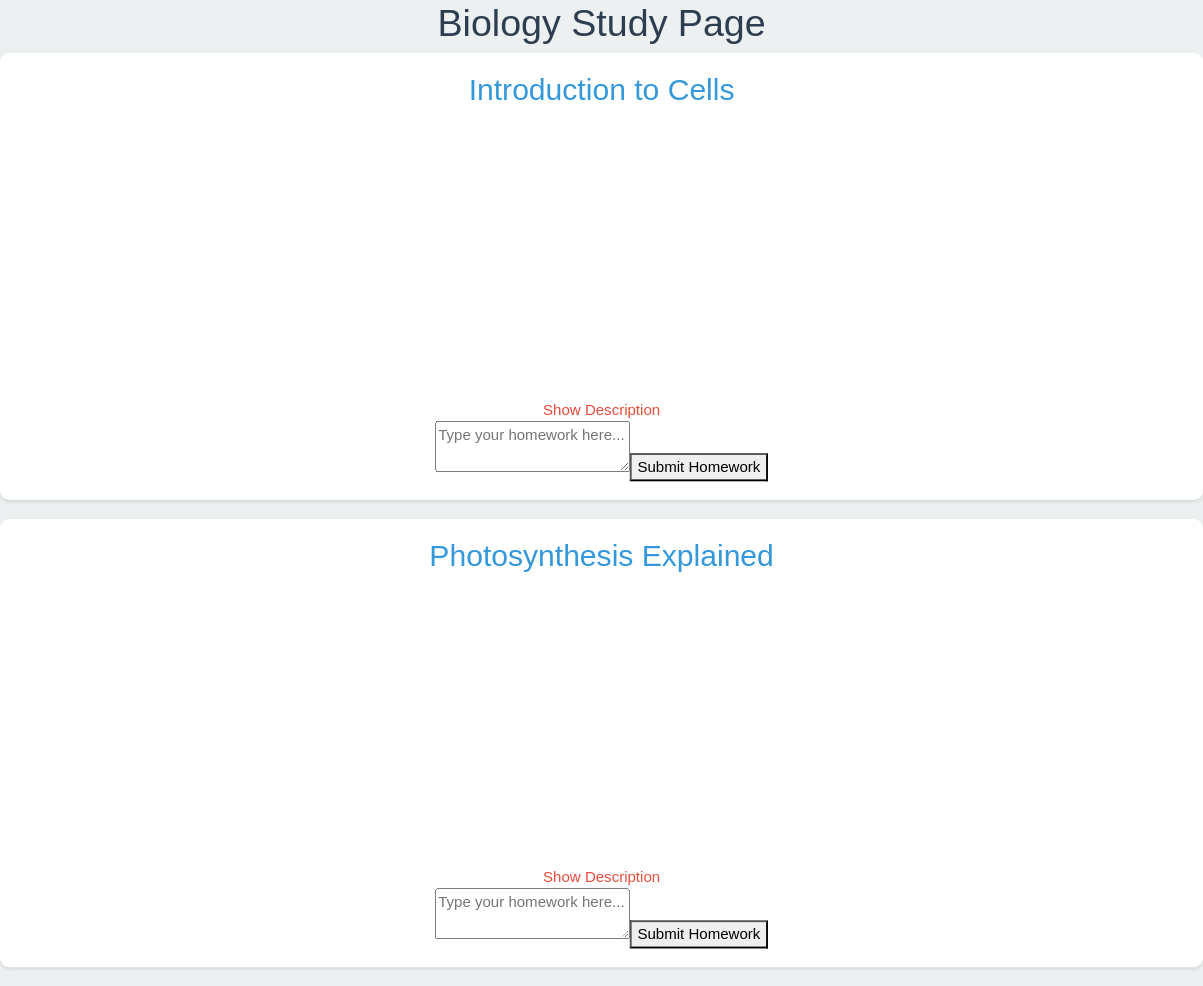
Repository: krmvz/BEMath.kg
Page: /bio
The author's editor kept a copy of each file at every save. The page is drawn from the files as they stood at one save, then again after the next save.
The browser window is 1280 px wide. The pictures show the whole page, at 94% of full size.
The project was rebuilt for these pictures with package versions that can differ from the ones it lists, and the page was loaded fresh each time. Also part of the build but not shown: src/firebase.js, src/components/auth/sign.scss, src/components/auth/SignIn.jsx, src/components/auth/SignUp.jsx, src/components/AuthDetails.jsx, src/components/dashboard/Dashboard.jsx.

Above is the page before, as saved 2023-12-18 21:24:26.

After the next save:
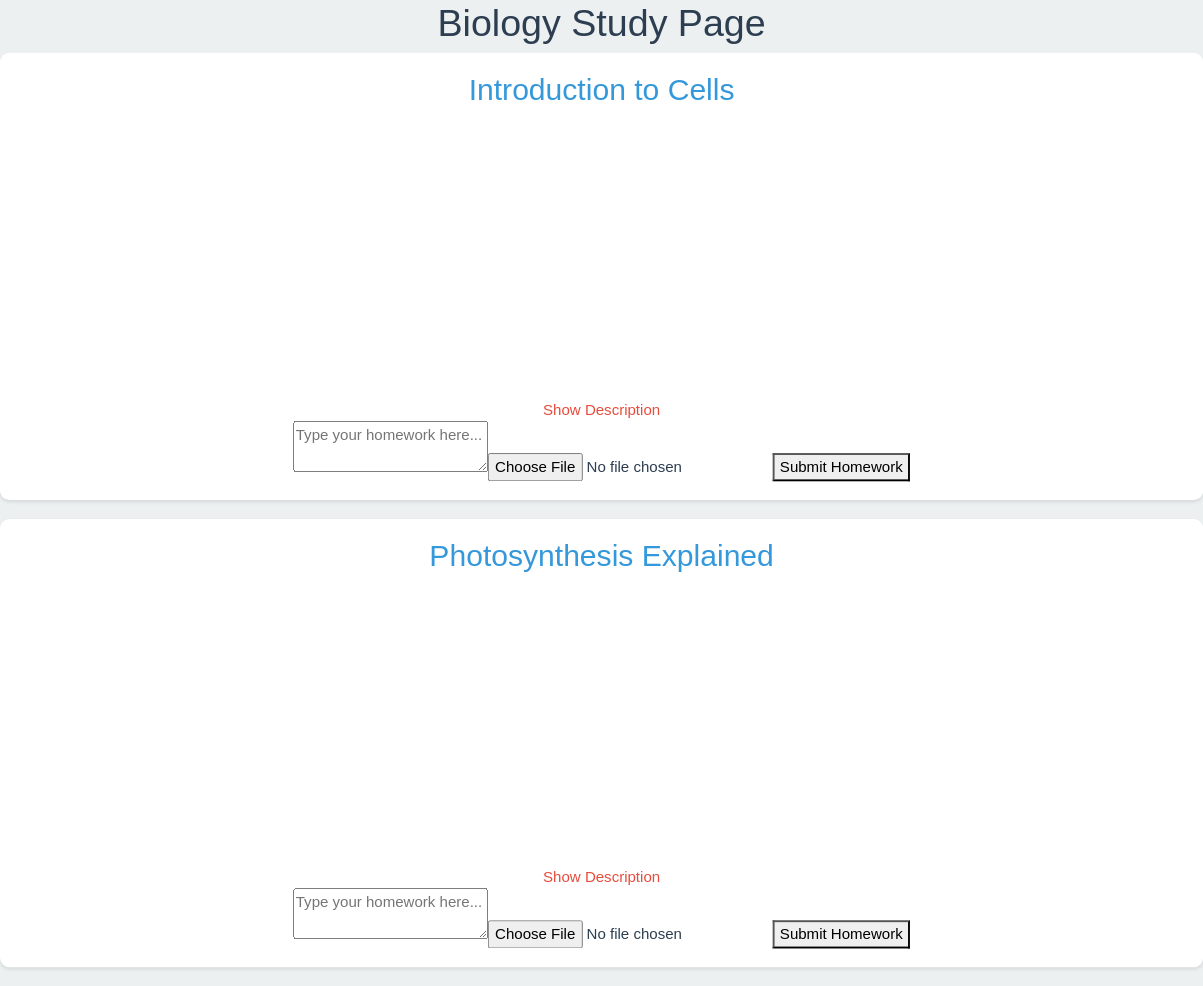
Saved 2 min 56 s later.
--- a/src/components/Biology/biology.jsx
+++ b/src/components/Biology/biology.jsx
@@ -8,6 +8,7 @@ const Biology = () => {
   const [showDescription, setShowDescription] = useState(false);
   const [homework, setHomework] = useState('');
   const [submittedHomework, setSubmittedHomework] = useState(null);
+  const [file, setFile] = useState(null);
 
   const biologyVideos = [
     { id: 1, url: 'https://www.youtube.com/watch?v=8IlzKri08kk', title: 'Introduction to Cells', description: 'A comprehensive introduction to the structure and function of cells.' },
@@ -23,10 +24,15 @@ const Biology = () => {
     setHomework(event.target.value);
   };
 
+  const handleFileChange = (event) => {
+    setFile(event.target.files[0]);
+  };
+
   const handleSubmitHomework = (videoTitle) => {
     // Handle the submission of homework (you can send it to a server or store it locally)
     setSubmittedHomework(`Homework for "${videoTitle}": ${homework}`);
     setHomework('');
+    setFile(null);
   };
 
   return (
@@ -56,6 +62,10 @@ const Biology = () => {
                 value={homework}
                 onChange={handleHomeworkChange}
               />
+              <input
+                type="file"
+                onChange={handleFileChange}
+              />
               <button onClick={() => handleSubmitHomework(video.title)}>Submit Homework</button>
               {submittedHomework && <p className="submitted-homework">{submittedHomework}</p>}
             </div>
